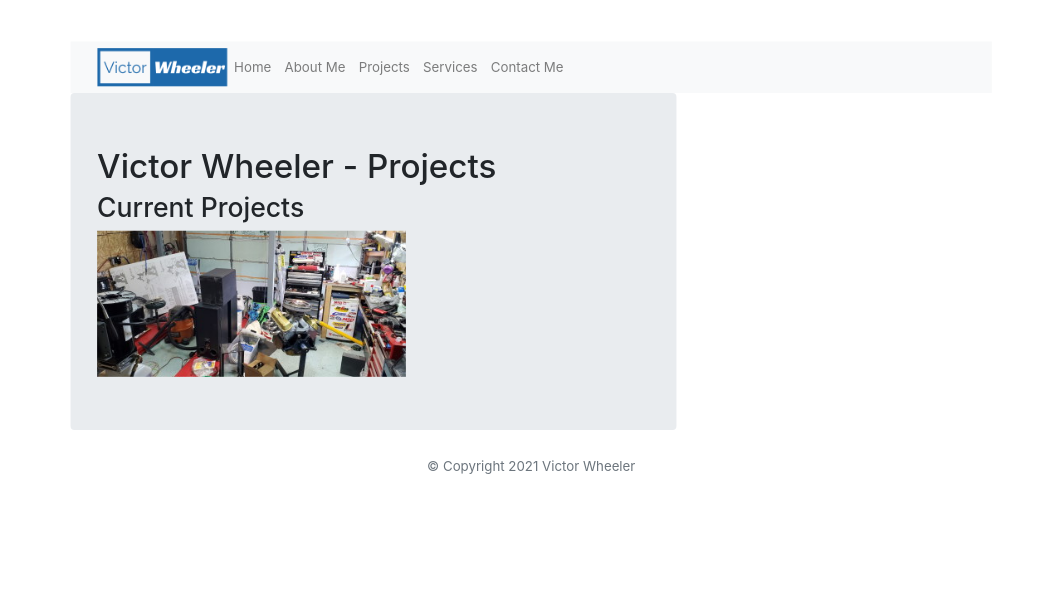
Repository: VictorWheeler/COMP_229_301167760
Page: http://localhost/projects
The author's editor kept a copy of each file at every save. The page is drawn from the files as they stood at one save, then again after the next save.
The browser window is 1280 px wide. The pictures show the whole page, at 83% of full size.
The page is served by the project's Node server (server.js).

Above is the page before, as saved 2021-09-30 10:08:00.

After the next save:
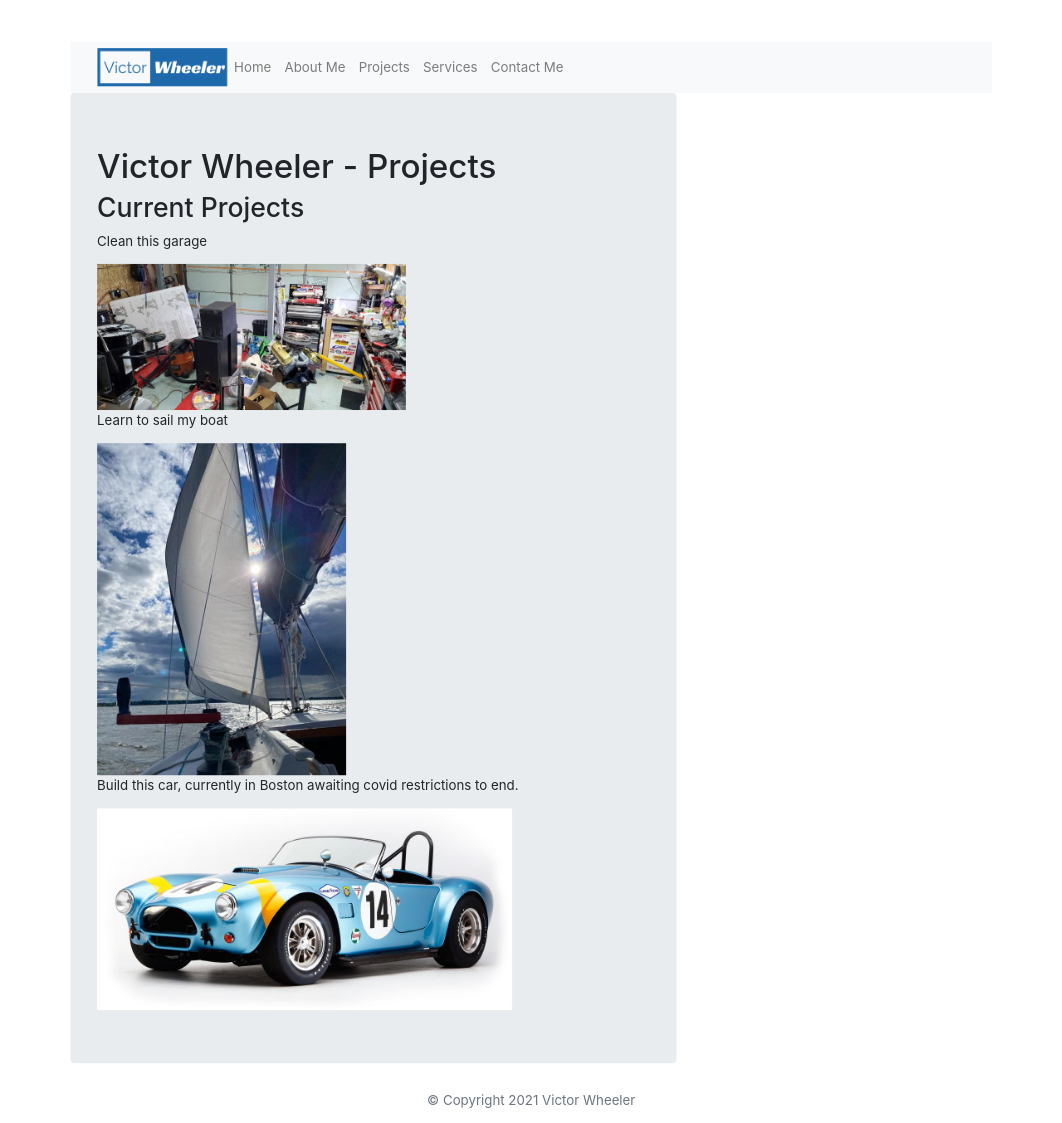
Saved 4 min 33 s later.
--- a/Express-Portfolio-Site/views/pages/projects.ejs
+++ b/Express-Portfolio-Site/views/pages/projects.ejs
@@ -15,7 +15,12 @@
     <div class="jumbotron">
       <h1>Victor Wheeler - Projects</h1>
       <h2>Current Projects</h2>
+      <p>Clean this garage</p>
       <img src="/images/garage_cleanup.jpg">
+      <p>Learn to sail my boat</p>
+      <img src="/images/my_boat.jpg">
+      <p>Build this car, currently in Boston awaiting covid restrictions to end.</p>
+      <img src="/images/289.jpg">
     </div>
   </div>
 
